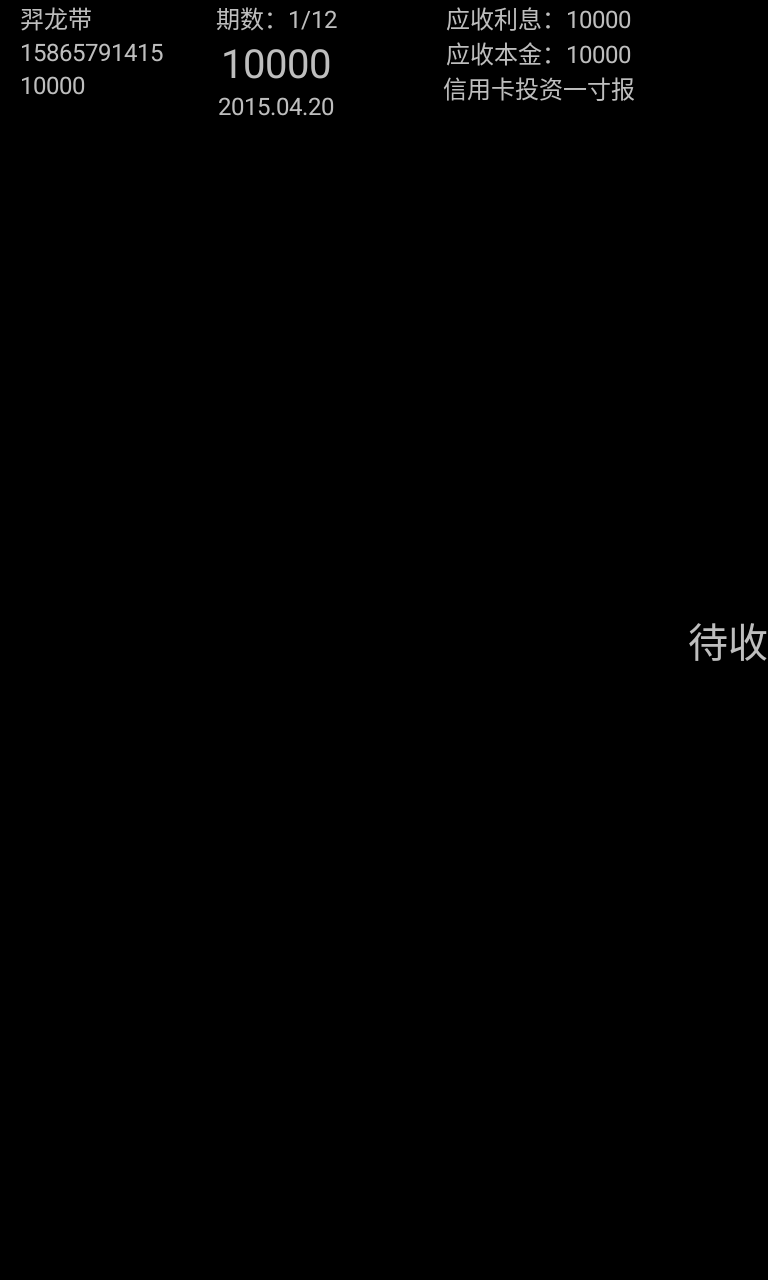
Repository: gongxinge/money-android
Layout: P2P/res/layout/billdetaillistitem.xml
These files come from the project's save history. The layout is drawn as it stood at one moment and after the next save; the edit follows.
It is drawn on a 768 x 1280 px phone screen (xhdpi) without system bars, with theme android:Theme.Holo; the app's code is not run.

Above is the layout before, as saved 2015-06-01 15:25:59.

### P2P/res/layout/billdetaillistitem.xml
<?xml version="1.0" encoding="utf-8"?>
<LinearLayout xmlns:android="http://schemas.android.com/apk/res/android"
    android:layout_width="match_parent"
    android:layout_height="match_parent"
    android:orientation="horizontal" >

    <LinearLayout
        android:id="@+id/llCenter"
        android:layout_width="wrap_content"
        android:layout_height="wrap_content"
        android:layout_marginLeft="10dp"
        android:orientation="vertical">"

        <TextView
            android:id="@+id/tvSiteName"
            android:layout_width="wrap_content"
            android:layout_height="wrap_content"
            android:text="羿龙带"
            android:textSize="12dp" />

        <TextView
            android:id="@+id/tvSiteUserName"
            android:layout_width="wrap_content"
            android:layout_height="wrap_content"
            android:text="15865791415"
            android:textSize="12dp" />

        <TextView
            android:id="@+id/tvTotalMoney"
            android:layout_width="wrap_content"
            android:layout_height="wrap_content"
            android:text="10000"
            android:textSize="12dp" />
    </LinearLayout>

    <LinearLayout
        android:id="@+id/llLeft"
        android:layout_width="wrap_content"
        android:layout_height="wrap_content"
        android:layout_weight="1"
        android:orientation="vertical" >

        <TextView
            android:id="@+id/tvPeriods"
            android:layout_width="wrap_content"
            android:layout_height="wrap_content"
            android:layout_gravity="center_horizontal"
            android:text="期数：1/12"
            android:textSize="12dp" />

        <TextView
            android:id="@+id/tvRecAll"
            android:layout_width="wrap_content"
            android:layout_height="wrap_content"
            android:layout_gravity="center_horizontal"
            android:text="10000"
            android:textSize="20dp" />

        <TextView
            android:id="@+id/tvRecDate"
            android:layout_width="wrap_content"
            android:layout_height="wrap_content"
            android:layout_gravity="center_horizontal"
            android:text="2015.04.20"
            android:textSize="12dp" />
    </LinearLayout>

    <LinearLayout
        android:id="@+id/llRight"
        android:layout_width="wrap_content"
        android:layout_height="wrap_content"
        android:layout_weight="1"
        android:orientation="vertical" >

        <TextView
            android:id="@+id/tvRecBenJin"
            android:layout_width="wrap_content"
            android:layout_height="wrap_content"
            android:layout_gravity="center_horizontal"
            android:text="应收利息：10000"
            android:textSize="12dp" />

        <TextView
            android:id="@+id/tvRecLiXi"
            android:layout_width="wrap_content"
            android:layout_height="wrap_content"
            android:layout_gravity="center_horizontal"
            android:text="应收本金：10000"
            android:textSize="12dp" />

        <TextView
            android:id="@+id/tvRemark"
            android:layout_width="wrap_content"
            android:layout_height="wrap_content"
            android:layout_gravity="center_horizontal"
            android:text="信用卡投资一寸报"
            android:textSize="12dp" />
    </LinearLayout>

    <LinearLayout
        android:id="@+id/linearLayout1"
        android:layout_width="wrap_content"
        android:layout_height="wrap_content"
        android:layout_gravity="center_vertical"
        android:orientation="vertical" >

        <TextView
            android:id="@+id/tvState"
            android:layout_width="wrap_content"
            android:layout_height="wrap_content"
            android:layout_gravity="center_horizontal"
            android:text="待收"
            android:textSize="20dp" />
    </LinearLayout>

</LinearLayout>

After the next save:
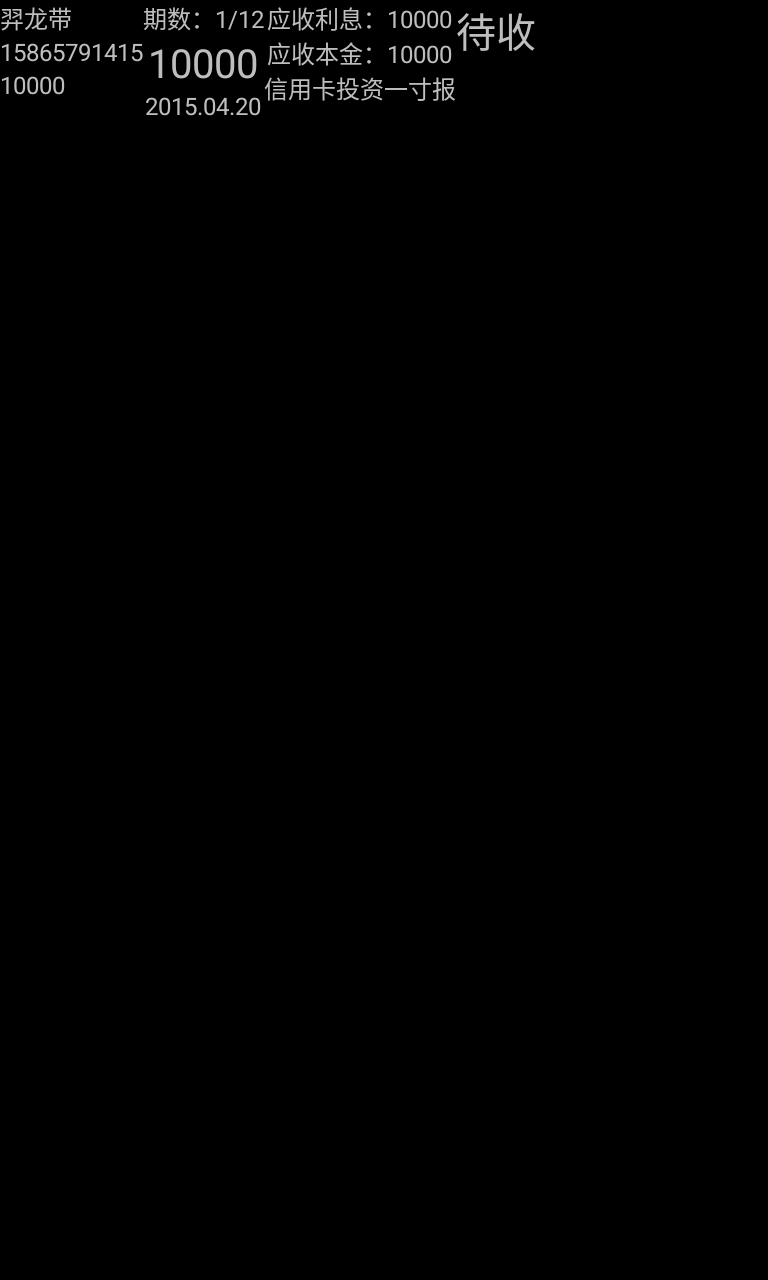
Saved 72 s later.
--- a/P2P/res/layout/billdetaillistitem.xml
+++ b/P2P/res/layout/billdetaillistitem.xml
@@ -8,7 +8,6 @@
         android:id="@+id/llCenter"
         android:layout_width="wrap_content"
         android:layout_height="wrap_content"
-        android:layout_marginLeft="10dp"
         android:orientation="vertical">"
 
         <TextView
@@ -37,7 +36,6 @@
         android:id="@+id/llLeft"
         android:layout_width="wrap_content"
         android:layout_height="wrap_content"
-        android:layout_weight="1"
         android:orientation="vertical" >
 
         <TextView
@@ -69,7 +67,6 @@
         android:id="@+id/llRight"
         android:layout_width="wrap_content"
         android:layout_height="wrap_content"
-        android:layout_weight="1"
         android:orientation="vertical" >
 
         <TextView
@@ -101,16 +98,15 @@
         android:id="@+id/linearLayout1"
         android:layout_width="wrap_content"
         android:layout_height="wrap_content"
-        android:layout_gravity="center_vertical"
         android:orientation="vertical" >
 
         <TextView
             android:id="@+id/tvState"
             android:layout_width="wrap_content"
             android:layout_height="wrap_content"
-            android:layout_gravity="center_horizontal"
             android:text="待收"
             android:textSize="20dp" />
+
     </LinearLayout>
 
 </LinearLayout>
